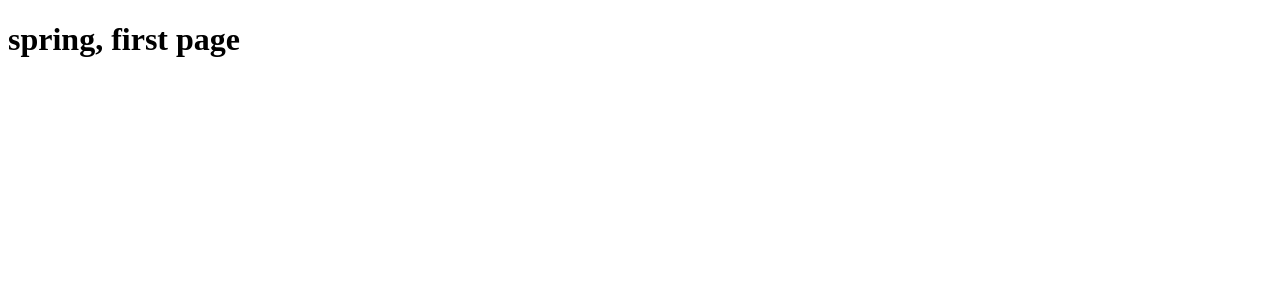
Repository: kimyukyeong1023/spring-class-content
Page: Day58_20260813/src/main/resources/static/index.html
An editor plug-in stored every save of this project. The page is shown before and after the next save, followed by the edit.
The browser window is 1280 px wide. The pictures show the whole page.

Above is the page before, as saved 2026-08-13 00:15:53.

### Day58_20260813/src/main/resources/static/index.html
<!DOCTYPE html>
<html>
<head>
<meta charset="UTF-8">
<title>Insert title here</title>
</head>
<body>
	<h1>spring, first page </h1>
</body>
</html>

After the next save:
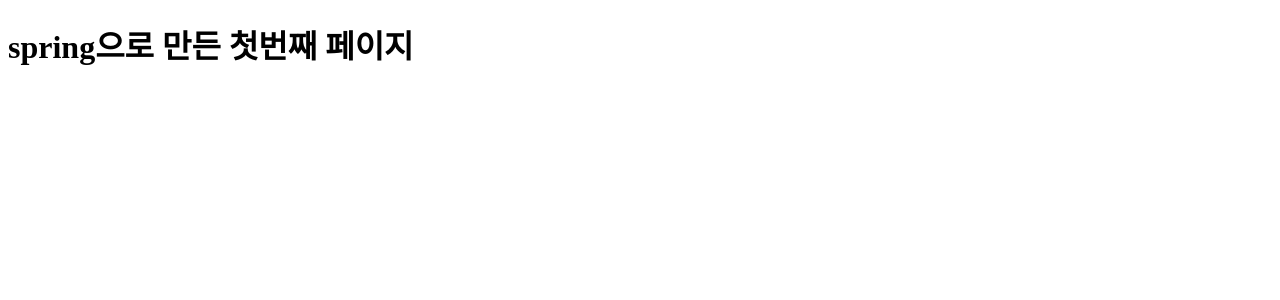
Saved 3 min 49 s later.
--- a/Day58_20260813/src/main/resources/static/index.html
+++ b/Day58_20260813/src/main/resources/static/index.html
@@ -5,6 +5,6 @@
 <title>Insert title here</title>
 </head>
 <body>
-	<h1>spring, first page </h1>
+	<h1>spring으로 만든 첫번째 페이지 </h1>
 </body>
 </html>
